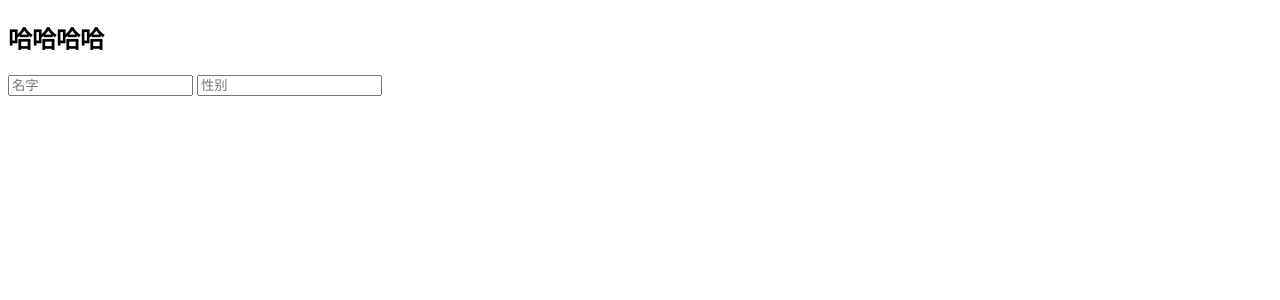
Repository: jsBan/jsBan.github.io
Page: src/myWork/book/websocket/node/template-node-ts/public/index.html
These files come from the project's save history. The page is drawn as it stood at one moment and after the next save; the edit follows.
The browser window is 1280 px wide. The pictures show the whole page.

Above is the page before, as saved 2020-12-04 16:00:45.

After the next save:
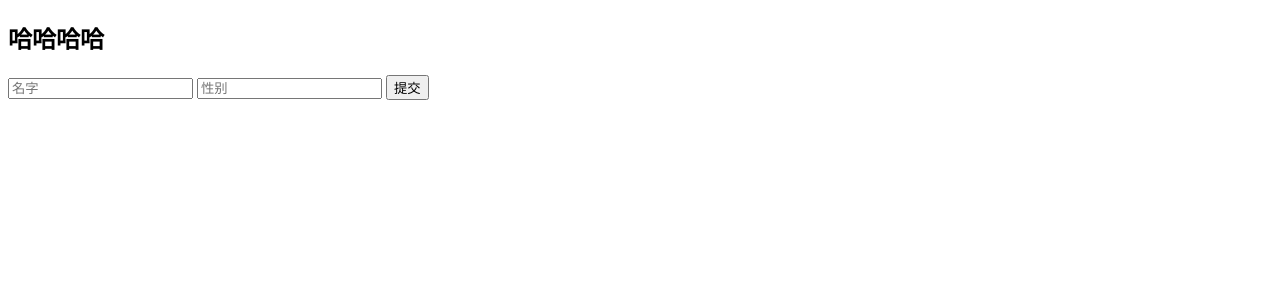
Saved 7 s later.
--- a/src/myWork/book/websocket/node/template-node-ts/public/index.html
+++ b/src/myWork/book/websocket/node/template-node-ts/public/index.html
@@ -11,7 +11,7 @@
     <form action="">
       <input type="text" placeholder="名字">
       <input type="text" placeholder="性别">
-      <button type="submit" href="javascript:void(0)>提交</button>
+      <button type="submit" href="javascript:void(0)">提交</button>
     </form>
   </div>
 </body>
